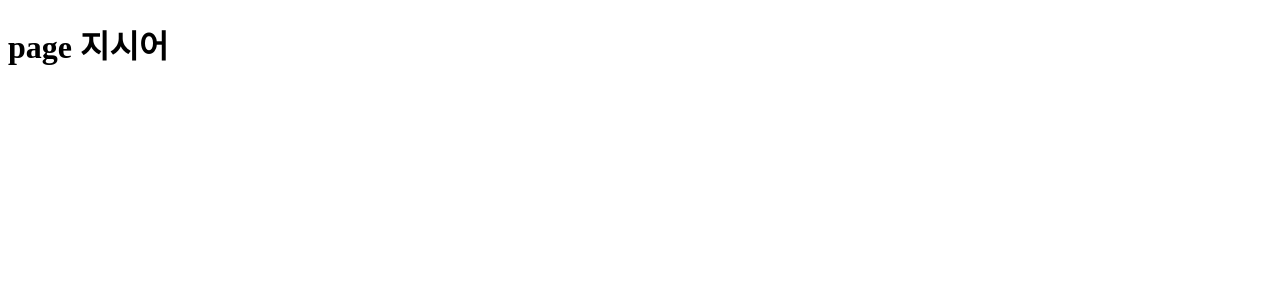
Repository: 1400CP/05_server-workspace1
Page: http://localhost/2_JSP/views/02_directivePage.jsp
An editor plug-in stored every save of this project. The page is shown before and after the next save, followed by the edit.
The browser window is 1280 px wide. The pictures show the whole page.
The page is served by Tomcat 9.

Above is the page before, as saved 2025-02-14 07:22:54.

### 2_JSP/WebContent/views/02_directivePage.jsp
<%@ page language="java" contentType="text/html; charset=UTF-8"
    pageEncoding="UTF-8"%>
<%@ page import="java.util.ArrayList, java.util.Date" %>
<!DOCTYPE html>
<html>
<head>
<meta charset="UTF-8">
<title>Insert title here</title>
</head>
<body>
	<h1>page 지시어</h1>

	<%
		// 자동완성 쓰지 말고 그냥 써보기
		ArrayList<String> list = new ArrayList<>(); // [] page.import로 추가해서
		list.add("Servlet");
		list.add("JSP");

		Date today = new Date();
	%>

</body>
</html>

After the next save:
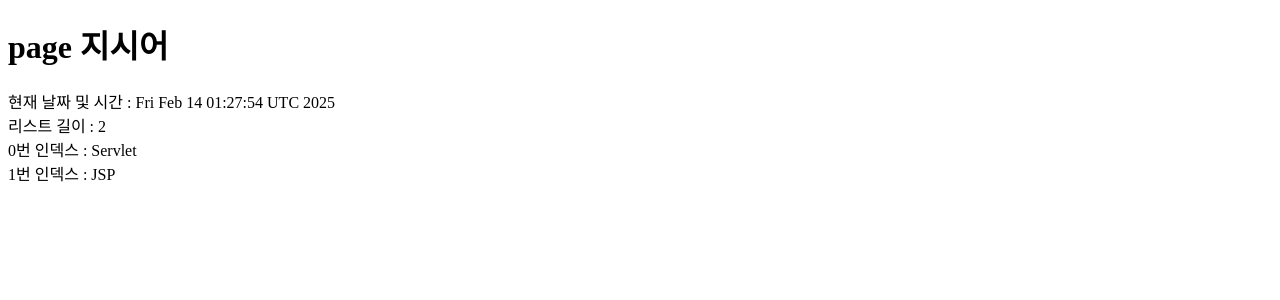
Saved 2 min 27 s later.
--- a/2_JSP/WebContent/views/02_directivePage.jsp
+++ b/2_JSP/WebContent/views/02_directivePage.jsp
@@ -1,6 +1,7 @@
+<%@page import="java.util.*"%>
 <%@ page language="java" contentType="text/html; charset=UTF-8"
     pageEncoding="UTF-8"%>
-<%@ page import="java.util.ArrayList, java.util.Date" %>
+
 <!DOCTYPE html>
 <html>
 <head>
@@ -12,12 +13,18 @@
 
 	<%
 		// 자동완성 쓰지 말고 그냥 써보기
-		ArrayList<String> list = new ArrayList<>(); // [] page.import로 추가해서
+		ArrayList list= new ArrayList<>(); // [] page.import로 추가해서
 		list.add("Servlet");
 		list.add("JSP");
-
 		Date today = new Date();
 	%>
 
+	<p>
+		현재 날짜 및 시간 : <%= today %> <br>
+		리스트 길이 : <%= list.size() %> <br>
+		0번 인덱스 : <%= list.get(0) %> <br>
+		1번 인덱스 : <%= list.get(1) %> <br>
+	</p>
+
 </body>
 </html>
